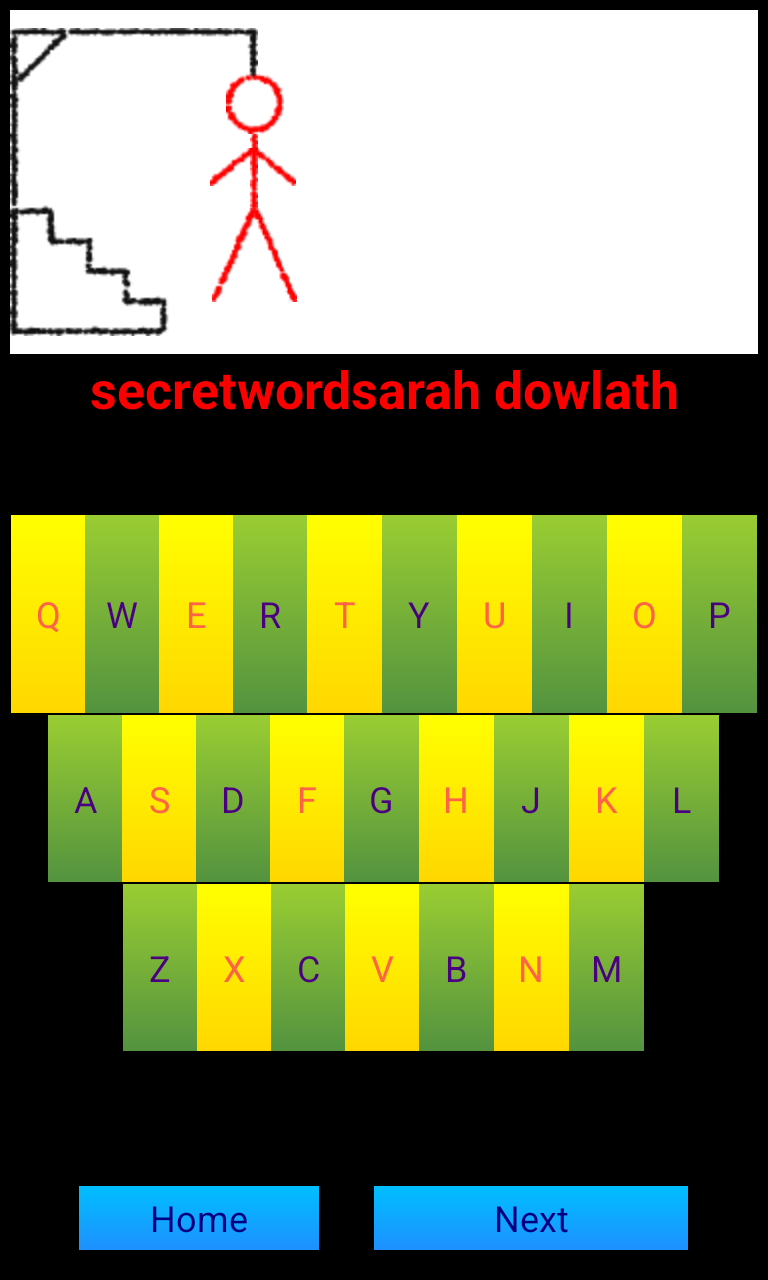
Repository: SarahDowlath/TriniHangman
Layout: workspace3/Trini-Hangman/res/layout/game.xml
The author's editor kept a copy of each file at every save. The layout is drawn from the files as they stood at one save, then again after the next save.
It is drawn on a 768 x 1280 px phone screen (xhdpi) without system bars, with theme AppTheme; the app's code is not run.

Above is the layout before, as saved 2014-07-07 17:53:52.

After the next save:
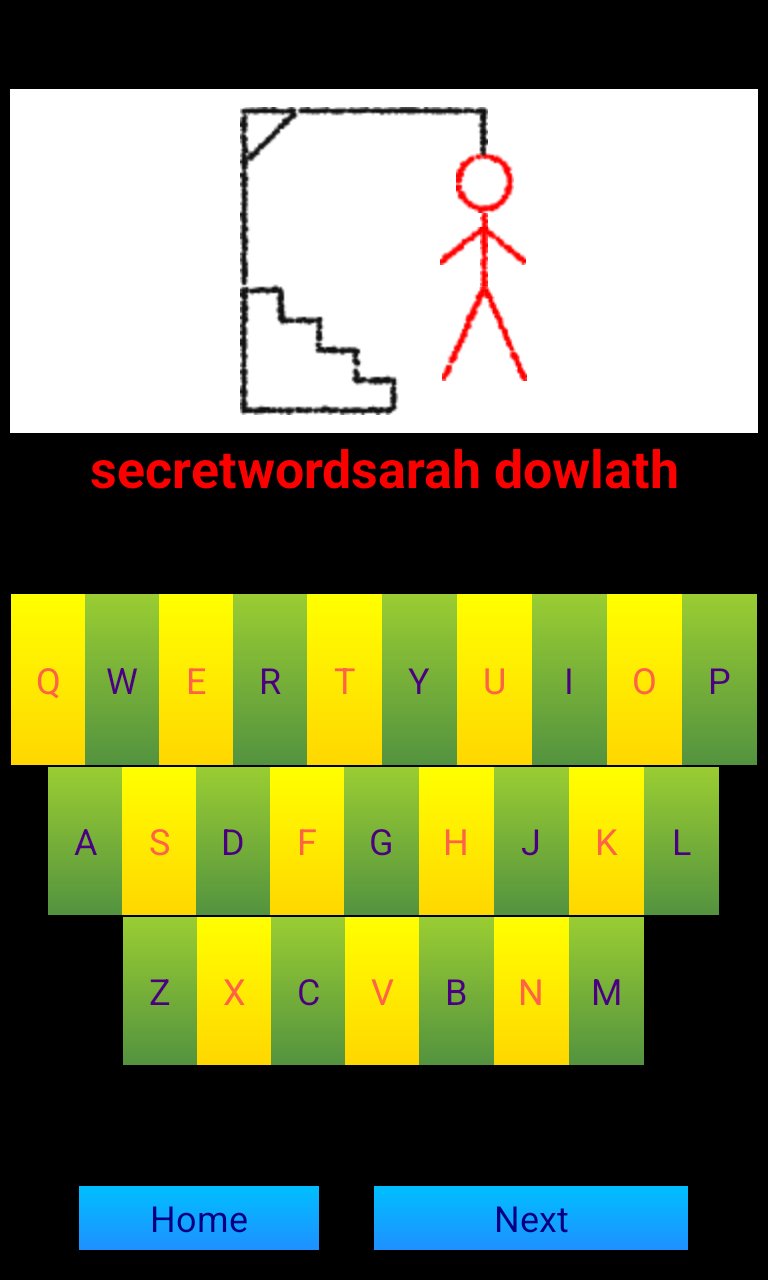
Saved 111 s later.
--- a/workspace3/Trini-Hangman/res/layout/game.xml
+++ b/workspace3/Trini-Hangman/res/layout/game.xml
@@ -14,7 +14,16 @@
     android:paddingRight="@dimen/activity_horizontal_margin"
     android:paddingTop="@dimen/activity_vertical_margin" >
 
-
+    <TextView
+        android:id="@+id/textLevel"
+        android:layout_width="fill_parent"
+        android:layout_height="wrap_content"
+        android:layout_weight="0.5"
+        android:gravity="center"
+        android:text=""
+        android:textColor="#ffff"
+        android:textSize="20sp"
+        android:textStyle="bold" />
 
     <RelativeLayout
         android:id="@+id/hangmanGallows"
@@ -23,18 +32,6 @@
         android:background="#FFFFFF"
         android:gravity="center"
         android:visibility="visible" >
-
-
-    <TextView
-        android:id="@+id/textLevel"
-        android:layout_weight = "0.5"
-        android:layout_height="0dp"
-        android:layout_width="fill_parent"
-        android:gravity="center"
-        android:text=""
-        android:textSize = "20sp"
-        android:textColor = "#ffff"
-        android:textStyle = "bold" />
 
         <ImageView
             android:id="@+id/imageView2"
